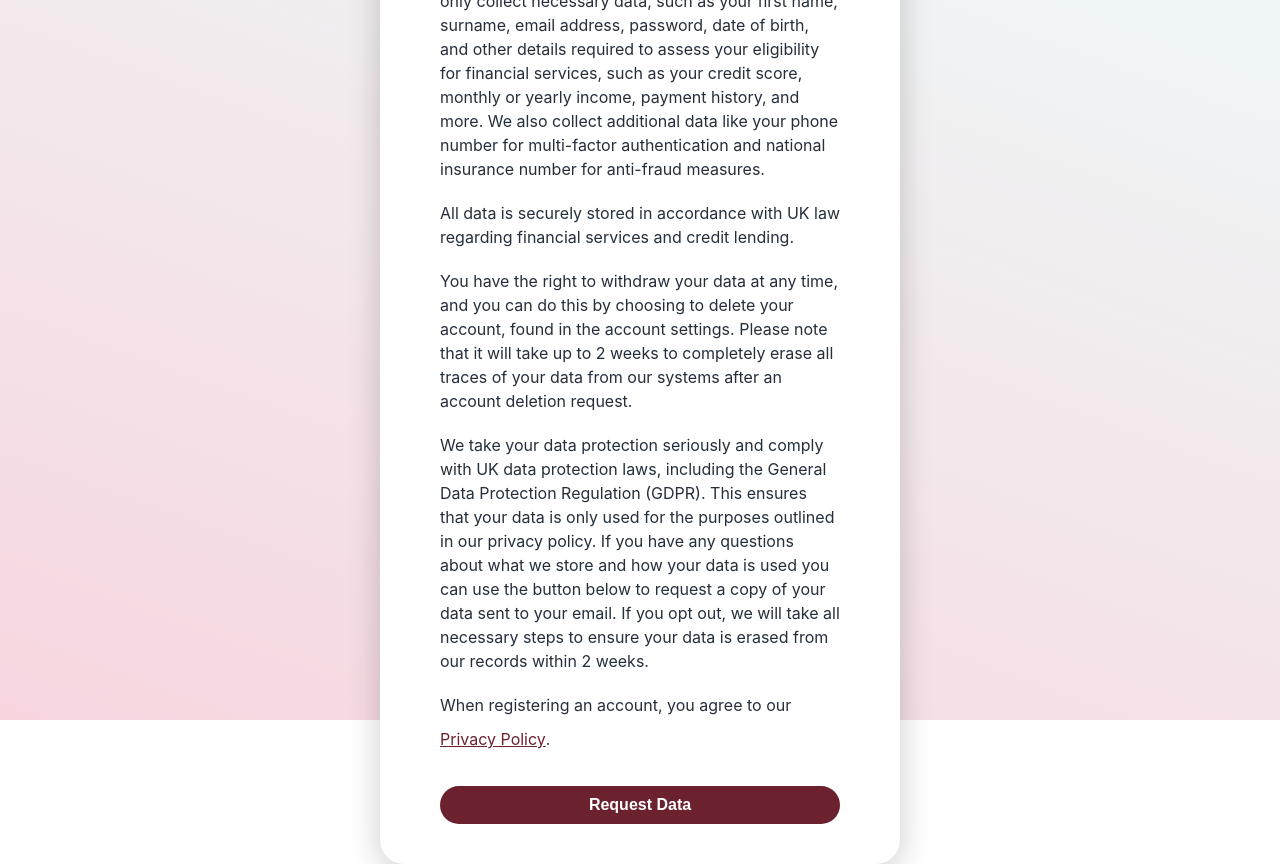
Repository: aab232/https---github.com-aab232-Deferred-Payment-Platform
Page: /privacy (app in frontend/)
These files come from the project's save history. The page is drawn as it stood at one moment and after the next save; the edit follows.
The browser window is 1280 px wide. The pictures show the whole page.
The project was rebuilt for these pictures with package versions that can differ from the ones it lists, and the page was loaded fresh each time. Also part of the build but not shown: frontend/src/components/Home.js, frontend/src/components/Register.js, frontend/src/components/Login.js, frontend/src/components/Main.css, frontend/src/components/Main.js, frontend/src/components/BackButton.css, frontend/src/components/BackButton.js, frontend/src/components/Settings.js.

Above is the page before, as saved 2025-04-01 02:16:01.

After the next save:
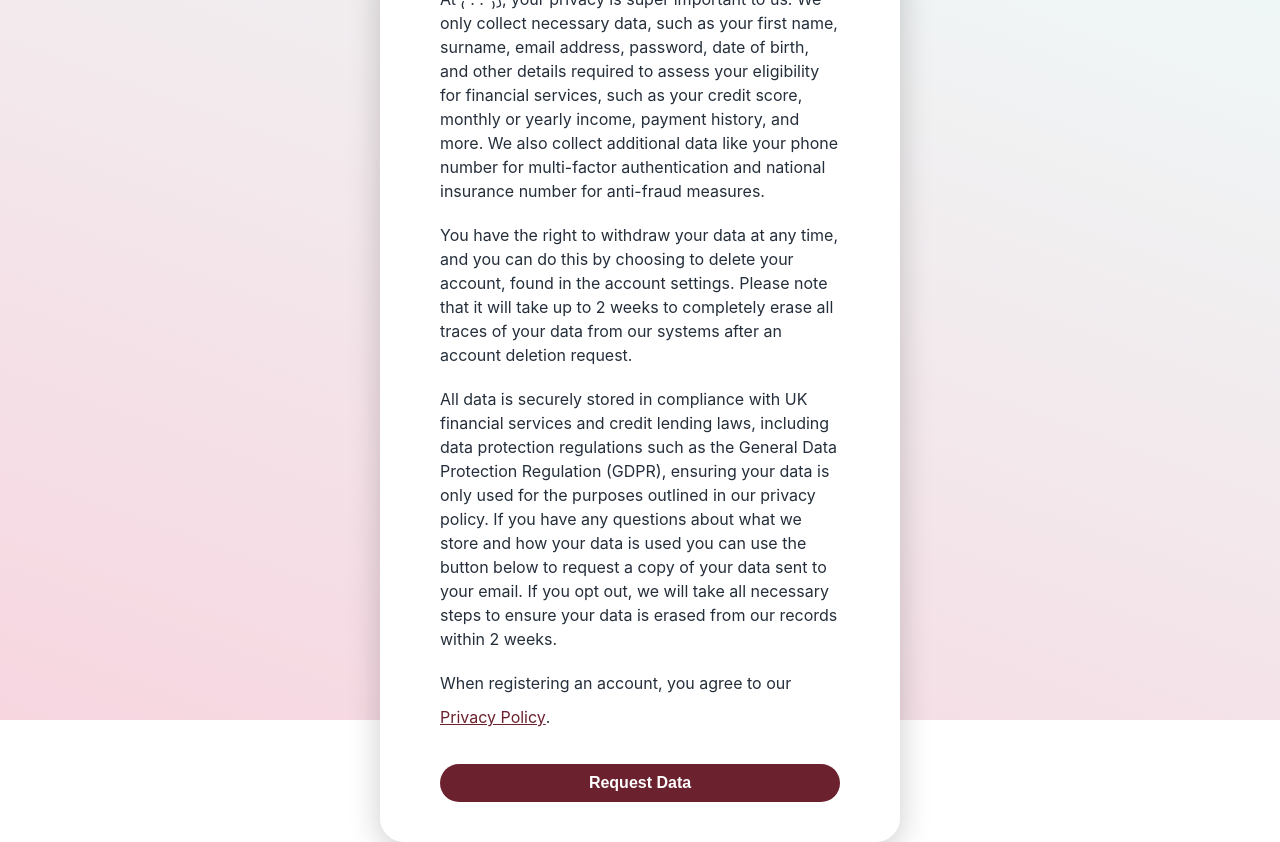
Saved 2 min 50 s later.
--- a/frontend/src/components/Privacy.js
+++ b/frontend/src/components/Privacy.js
@@ -9,11 +9,9 @@ const Privacy = () => {
 
         <p>At ₍^. .^₎⟆, your privacy is super important to us. We only collect necessary data, such as your first name, surname, email address, password, date of birth, and other details required to assess your eligibility for financial services, such as your credit score, monthly or yearly income, payment history, and more. We also collect additional data like your phone number for multi-factor authentication and national insurance number for anti-fraud measures.</p>
 
-        <p>All data is securely stored in accordance with UK law regarding financial services and credit lending.</p>
-
         <p>You have the right to withdraw your data at any time, and you can do this by choosing to delete your account, found in the account settings. Please note that it will take up to 2 weeks to completely erase all traces of your data from our systems after an account deletion request.</p>
 
-        <p>We take your data protection seriously and comply with UK data protection laws, including the General Data Protection Regulation (GDPR). This ensures that your data is only used for the purposes outlined in our privacy policy. If you have any questions about what we store and how your data is used you can use the button below to request a copy of your data sent to your email. If you opt out, we will take all necessary steps to ensure your data is erased from our records within 2 weeks.</p>
+        <p>All data is securely stored in compliance with UK financial services and credit lending laws, including data protection regulations such as the General Data Protection Regulation (GDPR), ensuring your data is only used for the purposes outlined in our privacy policy. If you have any questions about what we store and how your data is used you can use the button below to request a copy of your data sent to your email. If you opt out, we will take all necessary steps to ensure your data is erased from our records within 2 weeks.</p>
 
         <p>When registering an account, you agree to our <span className="link">Privacy Policy</span>.</p>
         <button class="request-data-btn">Request Data</button>
